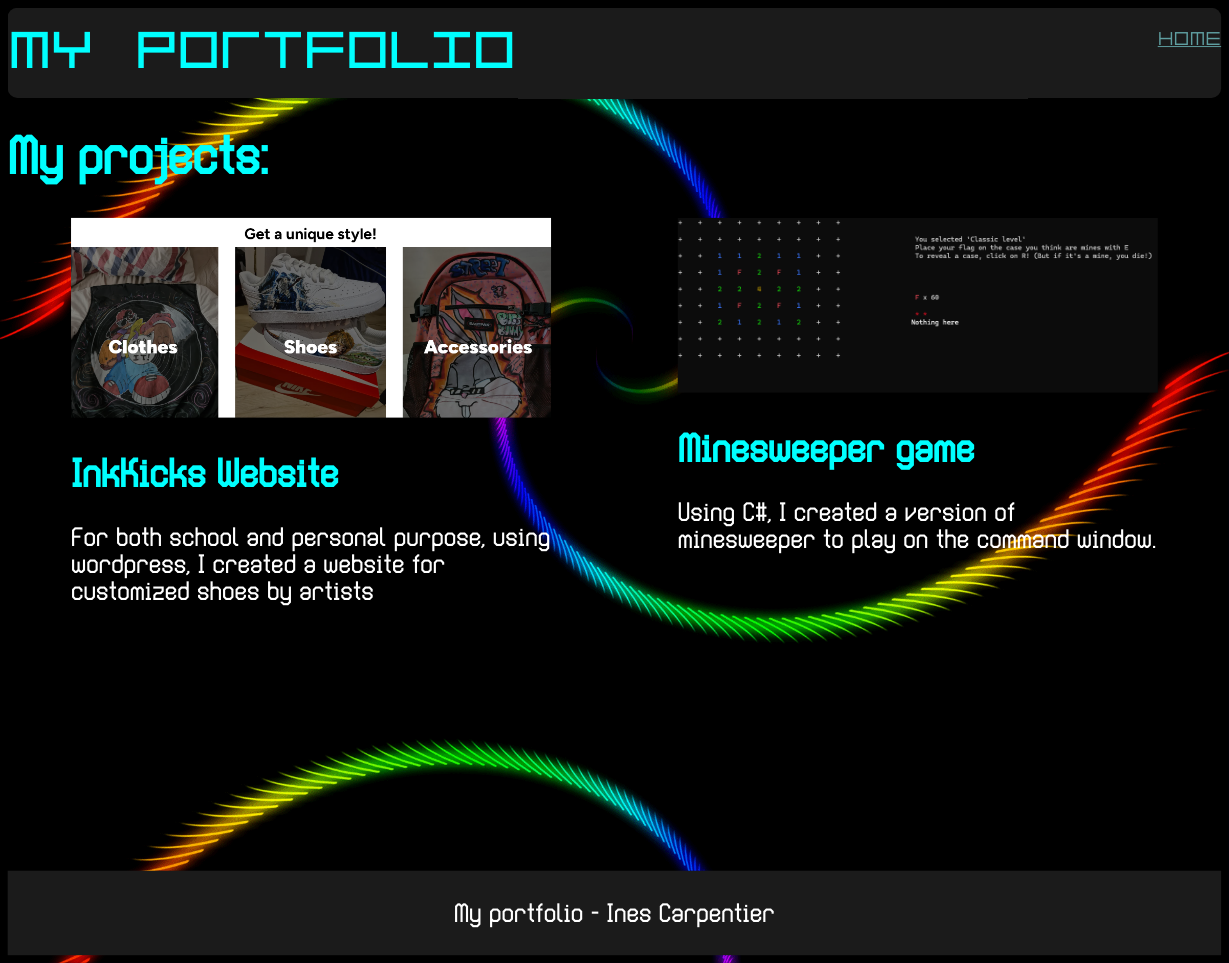
Repository: InsCarp/InsCarp
Page: project.html
The author's editor kept a copy of each file at every save. The page is drawn from the files as they stood at one save, then again after the next save.
The browser window is 1280 px wide. The pictures show the whole page, at 96% of full size.
Backgrounds fixed to the window are drawn as part of the page.

Above is the page before, as saved 2026-05-12 09:50:54.

After the next save:
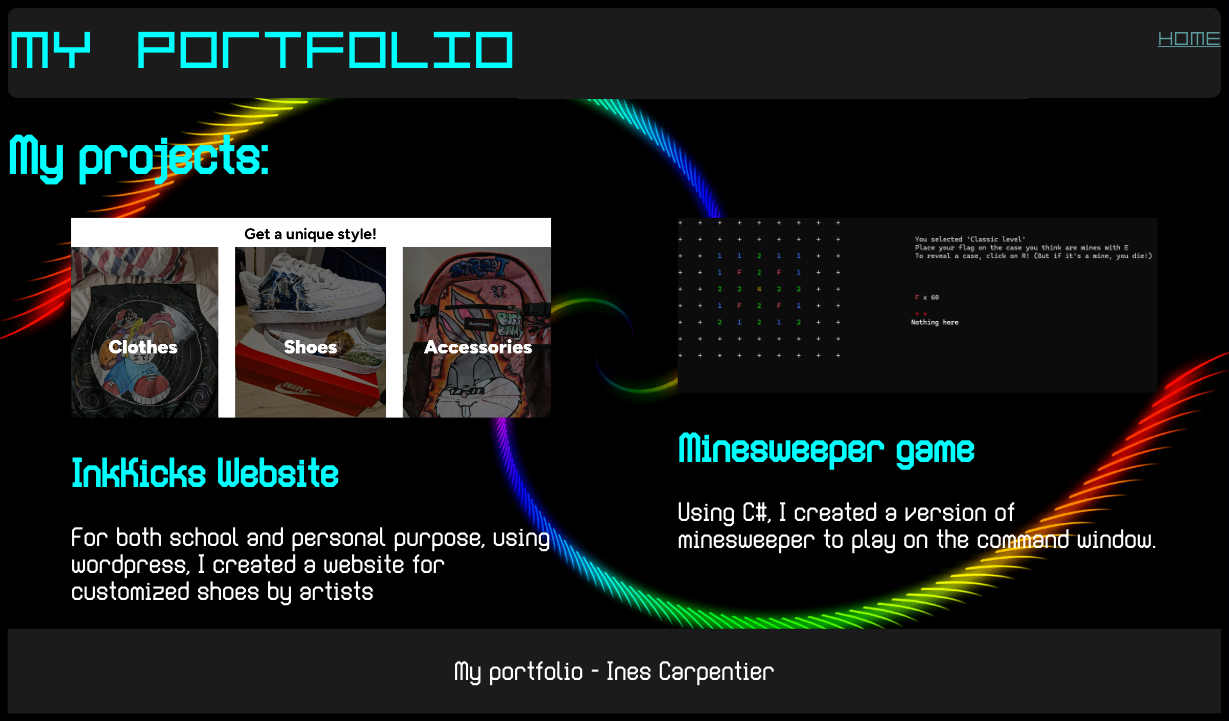
Saved 50 s later.
--- a/styles/globals.css
+++ b/styles/globals.css
@@ -68,7 +68,7 @@ footer{
     text-align: center;
     background-color:rgb(27, 27, 27);
     padding:0.2rem;
-    margin-top: 20%;
+
 
 }
 
